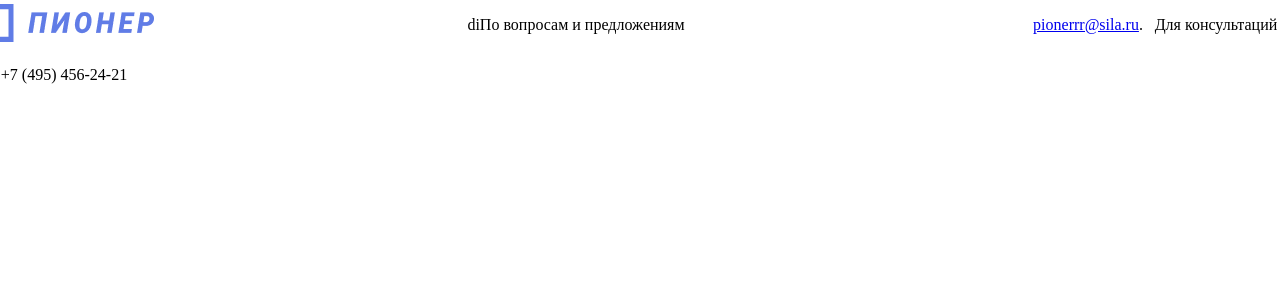
Repository: VictoriSyh/week6
Page: pioner.html
An editor plug-in stored every save of this project. The page is shown before and after the next save, followed by the edit.
The browser window is 1280 px wide. The pictures show the whole page.

Above is the page before, as saved 2024-12-16 22:39:07.

After the next save:
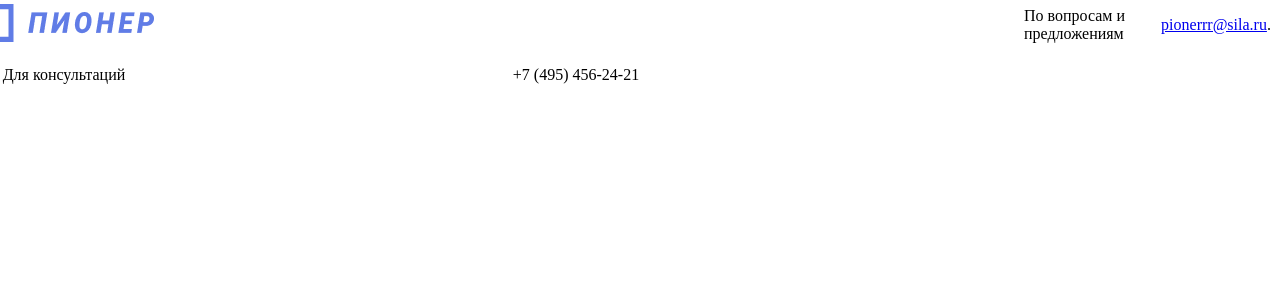
Saved 1 s later.
--- a/pioner.html
+++ b/pioner.html
@@ -14,7 +14,7 @@
         <div class="logotip">
             <img src="./assets/img/logo.png" alt="ПИОНЕР" />
           </div>
-          diПо вопросам и предложениям
+          <div></div>По вопросам и предложениям
         <p><a href="pionerrr@sila.ru">pionerrr@sila.ru</a>.</p>
         Для консультаций
        <p>+7 (495) 456-24-21</p>
